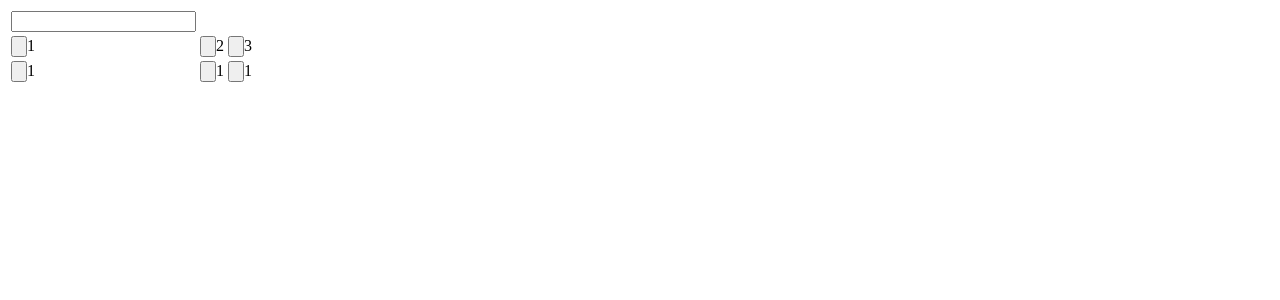
Repository: JungYOsup/Mini_project
Page: http://localhost/EsCape_Room/result_form.jsp
An editor plug-in stored every save of this project. The page is shown before and after a run of saves, followed by the edit.
The browser window is 1280 px wide. The pictures show the whole page.
The page is served by Tomcat 9.

Above is the page before, as saved 2018-01-15 07:43:43.

After the next 2 saves:
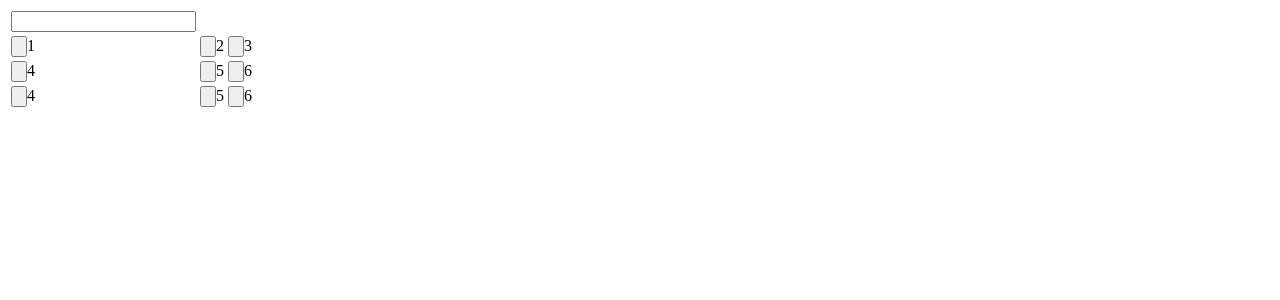
The 2 saves are shown as one change because they came seconds apart.
The last was saved 10 s later.
--- a/EsCape_Room/WebContent/result_form.jsp
+++ b/EsCape_Room/WebContent/result_form.jsp
@@ -22,10 +22,10 @@
 		<td><input type="button">1</td><td><input type="button">2</td><td><input type="button">3</td>
 	</tr>
 	<tr>
-		<td><input type="button">1</td><td><input type="button">1</td><td><input type="button">1</td>
+		<td><input type="button">4</td><td><input type="button">5</td><td><input type="button">6</td>
 	</tr>
 	<tr>
-
+		<td><input type="button">4</td><td><input type="button">5</td><td><input type="button">6</td>
 	</tr>
 
 
